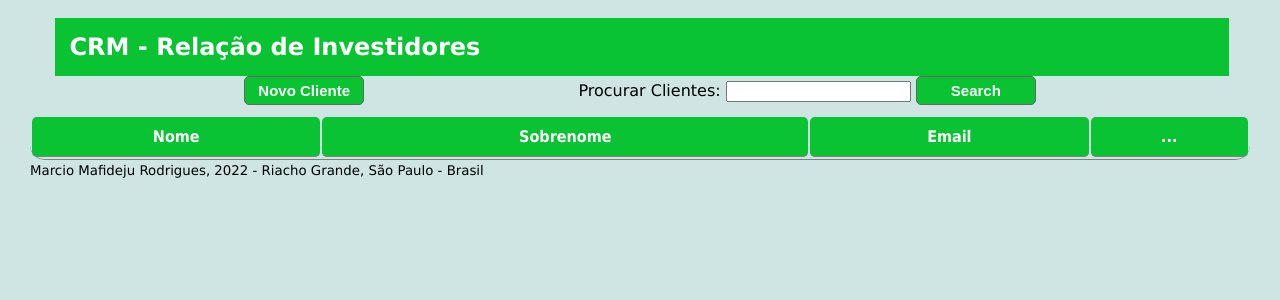
Repository: mafideju/CustomerTracker
Page: http://localhost/web-customer-tracker/WEB-INF/view/list-customers.jsp
These files come from the project's save history. The page is drawn as it stood at one moment and after the next save; the edit follows.
The browser window is 1280 px wide. The pictures show the whole page.
The page is served by Tomcat 9. Nobody is signed in. The template is opened directly, without the code that normally fills it, so the values that code supplies are empty.

Above is the page before, as saved 2022-01-27 16:18:00.

After the next save:
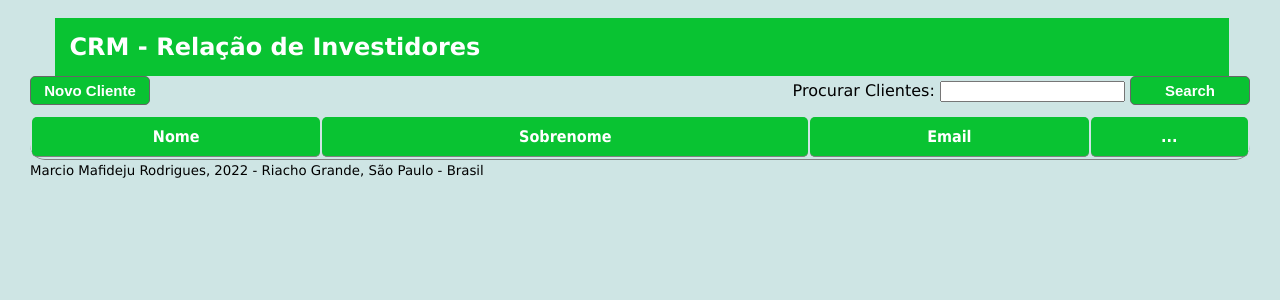
Saved 12 s later.
--- a/web-customer-tracker/WebContent/resources/css/style.css
+++ b/web-customer-tracker/WebContent/resources/css/style.css
@@ -42,7 +42,7 @@ tr:nth-child(odd) {background: #BBBBBB;}
 
 .search-bar {
 	display: flex;
-	justify-content: space-evenly;
+	justify-content: space-between;
 }
 
 #wrapper {
